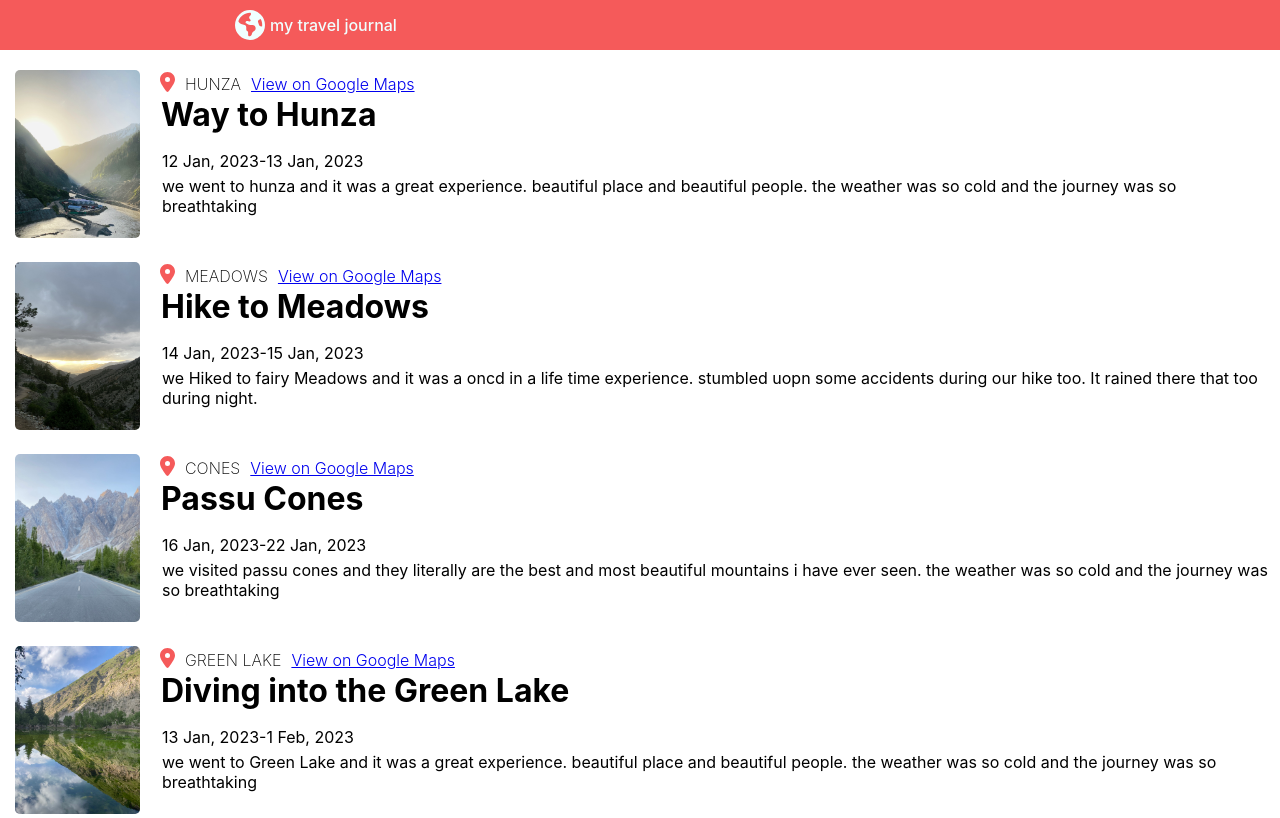
Repository: mortiestmorty1/travel-journal
Page: /
These files come from the project's save history. The page is drawn as it stood at one moment and after the next save; the edit follows.
The browser window is 1280 px wide. The pictures show the whole page.
The project was rebuilt for these pictures with package versions that can differ from the ones it lists, and the page was loaded fresh each time.

Above is the page before, as saved 2024-01-17 15:49:00.

### src/index.css
body {
  margin: 0;
  font-family: -apple-system, BlinkMacSystemFont, 'Segoe UI', 'Roboto', 'Oxygen',
    'Ubuntu', 'Cantarell', 'Fira Sans', 'Droid Sans', 'Helvetica Neue',
    sans-serif;
  -webkit-font-smoothing: antialiased;
  -moz-osx-font-smoothing: grayscale;
}

code {
  font-family: source-code-pro, Menlo, Monaco, Consolas, 'Courier New',
    monospace;
}
* {
  box-sizing: border-box;
  }

### src/App.js
import logo from './logo.svg';
import './App.css';
import Navbar from "./components/navbar";
import Data from "./components/data.js";
import Content from "./components/content.js";

function App() {
  const  Memories = Data.map((item) => {
    return<Content
          key={item.id}
          item={item}
    />
  })
  return (
    <div className="App">
      <Navbar />
      {Memories}
    </div>
  );
}

export default App;

### src/App.css
.Nav-container{
    display: flex;
    justify-content: space-between;
    align-items: center;
    background-color: #F55A5A;
    height: 50px;
}
.navbar{
    display: flex;
    justify-content: space-between;
    align-items: center;
    background-color: #F55A5A;
    margin-left: 230px;
}
.title{
  color: azure;
  font-weight: 500;
  margin-left: 5px;
}
.earth{
  width: 30px;
  height: 30px;
  margin-left: 5px;
  color: azure;
}

.image{
  width: 125px;
  height: 168px;
  margin-left: 15px;
  color: azure;
  border-radius: 5px;
  margin-top: 20px;
}
.content-container{
  position: relative;
}
.section1{
  position: absolute;
  left: 150px;
  bottom: 77%;
}
.section1 :nth-child(1)
{
  margin-left: 10px;
  color: #F55A5A;
  height: 20px;
}
.section1 :nth-child(2)
{
  margin-left: 10px;
  font-weight: 200;
}
.section1 :nth-child(3)
{
  margin-left: 10px;
  font-weight: 300;
}

.Title{
  position: absolute;
  left: 161px;
  bottom: 45%;
}
.section2{
  position: absolute;
  left: 162px;
  bottom: 37%;
}
.description{
  position: absolute;
  left: 162px;
  top: 110px;
  margin-right: 5px;
}

### src/components/navbar.js
import React from "react";
import { FontAwesomeIcon } from "@fortawesome/react-fontawesome";
import { faEarth } from "@fortawesome/free-solid-svg-icons";
import "../App.css";

function Navbar(){
    return(
        <div className="Nav-container">
            <nav className="navbar">
                <FontAwesomeIcon icon={faEarth} className="earth"></FontAwesomeIcon>
                <span className="title">
                        my travel journal
                </span>
            </nav>
        </div>
    )
}
export default Navbar;

### src/components/data.js
import Hunza from "./way-to-hunza.jpeg";
import Meadows from "./way-to-meadows.jpeg";
import Cones from "./cones.jpeg";
import Glake from "./green-lake.jpeg";

export default [
    {
        id:1,
        img: Hunza,
        location: "HUNZA",
        googlelink: "https://www.google.com/maps/place/Hunza+Valley,+Gilgit-Baltistan,+Pakistan/",
        Title: "Way to Hunza",
        datestart:"12 Jan, 2023",
        dateend: "13 Jan, 2023",
        description:"we went to hunza and it was a great experience. beautiful place and beautiful people. the weather was so cold and the journey was so breathtaking"
    }
    ,
    {
        id:2,
        img: Meadows,
        location: "MEADOWS",
        googlelink: "https://www.google.com/maps/place/Meadows,+Gilgit-Baltistan,+Pakistan/",
        Title: "Hike to Meadows",
        datestart:"14 Jan, 2023",
        dateend: "15 Jan, 2023",
        description:"we Hiked to fairy Meadows and it was a oncd in a life time experience. stumbled uopn some accidents during our hike too. It rained there that too during night."
    }
    ,
    {
        id:3,
        img: Cones,
        location: "CONES",
        googlelink: "https://www.google.com/maps/place/Cones,+Gilgit-Baltistan,+Pakistan/",
        Title: "Passu Cones",
        datestart:"16 Jan, 2023",
        dateend: "22 Jan, 2023",
        description:"we visited passu cones and they literally are the best and most beautiful mountains i have ever seen.  the weather was so cold and the journey was so breathtaking"
    }
    ,
    {
        id:4,
        img: Glake,
        location: "GREEN LAKE",
        googlelink: "https://www.google.com/maps/place/Green+Lake,+Gilgit-Baltistan,+Pakistan/",
        Title: "Diving into the Green Lake",
        datestart:"13 Jan, 2023",
        dateend: "1 Feb, 2023",
        description:"we went to Green Lake and it was a great experience. beautiful place and beautiful people. the weather was so cold and the journey was so breathtaking"
    }
]

### src/components/content.js
import React from "react";
import { FontAwesomeIcon } from "@fortawesome/react-fontawesome";
import { faLocationDot } from "@fortawesome/free-solid-svg-icons";
import "../App.css";
function Content(props){

    return(
        <div className="content-container">
            <img className="image" src={props.item.img}>
            </img>
            <div className="section1">
                <FontAwesomeIcon icon={faLocationDot} className="Location"></FontAwesomeIcon>
                <span className="location">
                    {props.item.location}
                </span>
                <a href={props.item.googlelink}>View on Google Maps</a>
            </div>
            <h1 className="Title">{props.item.Title}</h1>
            <div className="section2">
                <span className="date-start">{props.item.datestart}</span>
                -
                <span className="date-end">{props.item.dateend}</span>
            </div>
            <p className="description">{props.item.description}</p>
        </div>
    )
}

export default Content;

Loaded but not shown: public/index.html (common file); src/index.js (common file); src/reportWebVitals.js (common file)

After the next save:
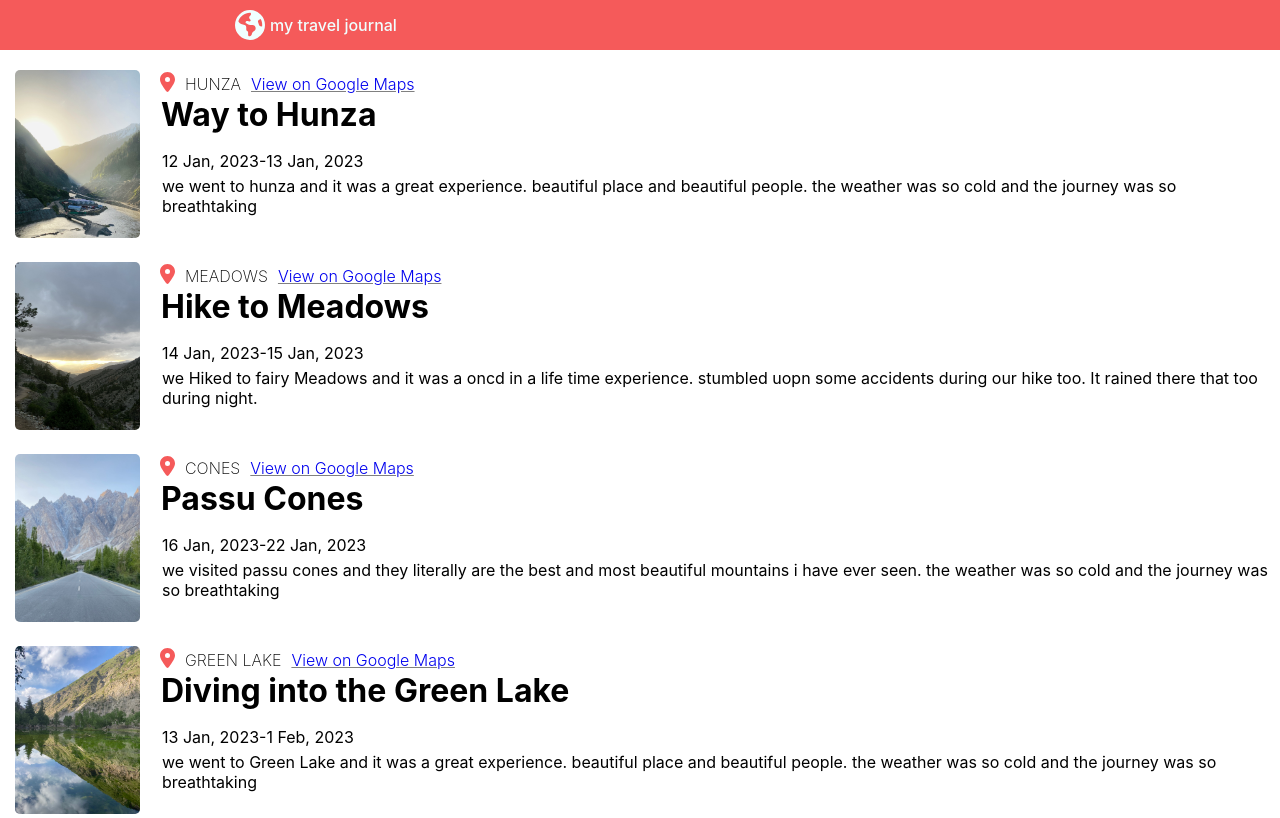
Saved 19 s later.
--- a/src/App.css
+++ b/src/App.css
@@ -55,6 +55,7 @@
 {
   margin-left: 10px;
   font-weight: 300;
+  text-decoration-color: grey;
 }
 
 .Title{
